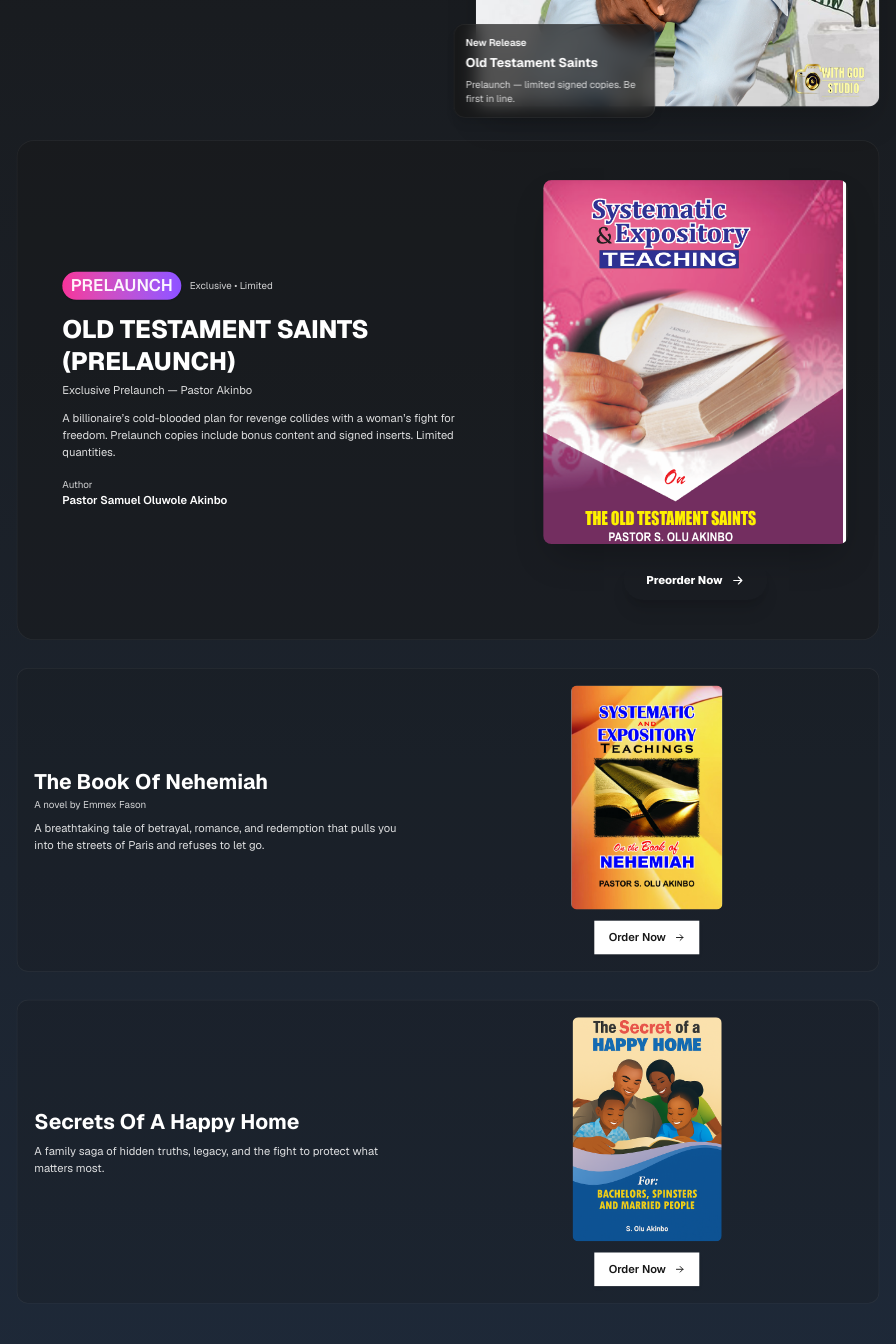
Repository: EmmyDunny1/pastor-oluwole-akinbo
Page: /Books
These files come from the project's save history. The page is drawn as it stood at one moment and after a run of saves; the edit follows.
The browser window is 1280 px wide. The pictures show the part of the page from y = 805 to 2725 px (the page is 2900 px tall before and 2942 px after), at 70% of full size.
The project was rebuilt for these pictures with package versions that can differ from the ones it lists, and the page was loaded fresh each time. The framework's server and built-in components were replaced by stand-ins that run in the browser. Also part of the build but not shown: next.config.ts, components/BooksCarousel.Module.css.

Above is the page before, as saved 2025-08-13 11:52:37.

### app/layout.tsx
import type { Metadata } from "next";
import { Geist, Geist_Mono } from "next/font/google";
import "./globals.css";
import Header from "../components/Header";
import Footer from "../components/Footer";


const geistSans = Geist({
  variable: "--font-geist-sans",
  subsets: ["latin"],
});

const geistMono = Geist_Mono({
  variable: "--font-geist-mono",
  subsets: ["latin"],
});

export const metadata: Metadata = {
  title: "Pastor Oluwole Akinbo",
  description: "It's a website for Pastor Oluwole Akinbo ",
};

export default function RootLayout({
  children,
}: Readonly<{
  children: React.ReactNode;
}>) {
  return (
    <html lang="en">
      <body
        className={`${geistSans.variable} ${geistMono.variable} antialiased`}
      >
        <Header />
        {children}

        <Footer />
      </body>
    </html>
  );
}

### app/Books/page.tsx
import React from 'react'
import BooksCarousel from '@/components/BooksCarousel'


export default function BooksPage() {
  return (
    <div>
      <BooksCarousel />

    </div>
  )
}

### app/globals.css
@import "tailwindcss";

:root {
  --background: #ffffff;
  --foreground: #171717;
}

@theme inline {
  --color-background: var(--background);
  --color-foreground: var(--foreground);
  --font-sans: var(--font-geist-sans);
  --font-mono: var(--font-geist-mono);
}

@media (prefers-color-scheme: dark) {
  :root {
    --background: #0a0a0a;
    --foreground: #ededed;
  }
}

body {
  background: var(--background);
  color: var(--foreground);
  font-family: Arial, Helvetica, sans-serif;
}

body {
  @apply bg-white text-[#171717] dark:bg-gray-900 dark:text-white font-sans;
}

### components/Header.tsx
"use client";

import Link from "next/link";
import { usePathname } from "next/navigation";
import { useState, useEffect } from "react";
import { BiMenuAltRight, BiX, BiSun, BiMoon } from "react-icons/bi";
import { motion, AnimatePresence } from "framer-motion";

const navLinks = [
  { href: "/", label: "Home" },
  { href: "/Biography", label: "Biography" },
  { href: "/SubmitTestimony", label: "Submit Testimony" },
  { href: "/Books", label: "Books" },
  { href: "/Gift", label: "Gift" },
];

export default function Header() {
  const pathname = usePathname();
  const [isOpen, setIsOpen] = useState(false);
  const [isDarkMode, setIsDarkMode] = useState(false);

  useEffect(() => {
    if (typeof window !== "undefined") {
      const darkPref = localStorage.getItem("theme") === "dark";
      setIsDarkMode(darkPref);
      document.documentElement.classList.toggle("dark", darkPref);
    }
  }, []);

  const toggleMenu = () => setIsOpen(!isOpen);

  const toggleDarkMode = () => {
    const newMode = !isDarkMode;
    setIsDarkMode(newMode);
    localStorage.setItem("theme", newMode ? "dark" : "light");
    document.documentElement.classList.toggle("dark", newMode);
  };

  return (
    <header className="bg-white dark:bg-gray-800 text-[#171717] dark:text-white shadow-md sticky top-0 z-50 transition-all duration-300">
      <div className="max-w-7xl mx-auto flex items-center justify-between px-4 py-4">
        <Link href="/">
          <h1 className="text-2xl font-bold">Dad&apos;s Retirement</h1>
        </Link>

        {/* Desktop Nav */}
        <nav className="hidden md:flex gap-6 text-md  items-center font-medium">
          {navLinks.map(({ href, label }) => (
            <Link
              key={href}
              href={href}
              className={`${
                pathname === href
                  ? "text-gray-600 border-b-2 decoration-0  border-gray-600"
                  : "hover:text-white transition"
              } ${
                label === "Gift"
                  ? "bg-gray-100 text-gray-950 px-4 py-2 rounded-md hover:bg-gray-500  transition"
                  : ""
              }`}
            >
              {label}
            </Link>
          ))}
          <button
            onClick={toggleDarkMode}
            className="ml-4 text-xl hover:text-blue-600 transition"
            aria-label="Toggle dark mode"
          >
            {isDarkMode ? <BiSun /> : <BiMoon />}
          </button>
        </nav>

        {/* Mobile Toggle */}
        <div className="md:hidden flex items-center gap-4">
          <button
            onClick={toggleDarkMode}
            className="text-2xl hover:text-blue-600 transition"
            aria-label="Toggle dark mode"
          >
            {isDarkMode ? <BiSun /> : <BiMoon />}
          </button>
          <div className="text-3xl cursor-pointer" onClick={toggleMenu}>
            {isOpen ? <BiX /> : <BiMenuAltRight />}
          </div>
        </div>
      </div>

      {/* Mobile Nav */}
      <AnimatePresence>
        {isOpen && (
          <motion.nav
            initial={{ opacity: 0, y: -20 }}
            animate={{ opacity: 1, y: 0 }}
            exit={{ opacity: 0, y: -20 }}
            transition={{ duration: 0.3 }}
            className="md:hidden bg-white min-h-screen dark:bg-gray-800 border-t border-gray-200 dark:border-gray-700 px-4 py-4 space-y-4 text-base font-medium text-left"
          >
            {navLinks.map(({ href, label }) => (
              <Link
                key={href}
                href={href}
                onClick={() => setIsOpen(false)}
                className={`block w-full ${
                  pathname === href
                    ? " text-gray-400 font-semibold"
                    : "hover:text-gray-400 transition"
                } ${
                  label === "Gift"
                    ? "bg-gray-800 text-gray-100 px-4 py-2 rounded-md hover:bg-gray-100  border-1 border-white transition"
                    : ""
                }`}
              >
                {label}
              </Link>
            ))}
          </motion.nav>
        )}
      </AnimatePresence>
    </header>
  );
}

### components/Footer.tsx
import React from 'react'


export default function Footer() {
  return (
    <footer className="bg-gray-800 text-white text-center p-4 mt-8">
      <p>&copy; {new Date().getFullYear()} A Tribute to Dad. All rights reserved.</p>
    </footer>
  )
}

### components/BooksCarousel.tsx
"use client";

import React from "react";
import { useEffect, useRef, useState } from "react";
import Image from "next/image";
import styles from "./BooksCarousel.module.css";

type Book = {
  id: number;
  title: string;
  subtitle?: string;
  description: string;
  cover: string;
  link: string;
  prelaunch?: boolean;
};

const BOOKS: Book[] = [
  {
    id: 1,
    title: "The Book Of Nehemiah",
    subtitle: "A novel by Emmex Fason",
    description:
      "A breathtaking tale of betrayal, romance, and redemption that pulls you into the streets of Paris and refuses to let go.",
    cover: "/books/Book_Of_Neh.png",
    link: "https://selar.co/m/samuel-oluwole1458878?currency=NGN",
  },
  {
    id: 2,
    title: "Secrets Of A Happy Home",
    subtitle: "",
    description:
      "A family saga of hidden truths, legacy, and the fight to protect what matters most.",
    cover: "/books/Secrets_Of__HM.png",
    link: "/PreOrderPayment",
  },
  {
    id: 99,
    title: "OLD TESTAMENT SAINTS (PRELAUNCH)",
    subtitle: "Exclusive Prelaunch — Pastor Akinbo ",
    description:
      "A billionaire’s cold-blooded plan for revenge collides with a woman’s fight for freedom. Prelaunch copies include bonus content and signed inserts. Limited quantities.",
    cover: "/books/Old_Test_Saints.png",
    link: "/PreOrderPayment",
    prelaunch: true,
  },
];

function FallbackImage({
  src,
  alt,
  className,
  width,
  height,
}: {
  src: string;
  alt: string;
  className?: string;
  width?: number;
  height?: number;
}) {
  const placeholder = "/placeholder.jpg";
  const [imgSrc, setImgSrc] = useState(src);
  return (
    <Image
      src={imgSrc}
      alt={alt}
      width={width ?? 600}
      height={height ?? 900}
      className={className}
      onError={() => setImgSrc(placeholder)}
    />
  );
}

export default function BooksPage(): React.ReactNode {
  const carouselRef = useRef<HTMLDivElement>(null);

  useEffect(() => {
    const el = carouselRef.current;
    if (!el) return;

    let scrollAmount = 0;
    const step = 1;
    const max = el.scrollWidth - el.clientWidth;
    const interval = window.setInterval(() => {
      if (!carouselRef.current) return;
      scrollAmount += step;
      if (scrollAmount >= max) {
        carouselRef.current.scrollTo({ left: 0, behavior: "smooth" });
        scrollAmount = 0;
      } else {
        carouselRef.current.scrollLeft = scrollAmount;
      }
    }, 20);

    return () => clearInterval(interval);
  }, []);

  const prelaunch = BOOKS.find((b) => b.prelaunch);
  const nonPre = BOOKS.filter((b) => !b.prelaunch);

  return (
    <main className="min-h-screen bg-gradient-to-b from-[#171717] to-gray-800 text-white">
      <div className="max-w-7xl mx-auto px-6 py-20">
        <section className="grid grid-cols-1 lg:grid-cols-2 gap-8 items-center mb-12">
          <div className="lg:mb-[20rem] relative z-10">
            <h1 className="text-4xl md:text-5xl font-extrabold leading-tight mb-4">
              My Books
            </h1>
            <p className="text-lg text-white/90 max-w-xl">
              Welcome — a curated collection of stories that explore love, power,
              and sacrifice. Scroll down to see the catalog and secure the
              exclusive prelaunch edition.
            </p>
            <div className="mt-6 flex items-center gap-4">
              <div className="w-14 h-14 rounded-full overflow-hidden ring-2 ring-white/10 shadow">
                <FallbackImage
                  src="/others/Hero.jpg"
                  alt="Author - Pastor Akinbo"
                  width={56}
                  height={56}
                  className="object-cover"
                />
              </div>
              <div>
                <div className="font-semibold">Pastor Akinbo</div>
                <div className="text-sm text-white/80">Author</div>
              </div>
            </div>
          </div>
          <div className="flex justify-end">
            <div className="relative w-full max-w-md lg:max-w-xl transform transition-all duration-500 hover:-translate-y-3">
              <div className="rounded-2xl overflow-hidden shadow-2xl ring-1 ring-white/5">
                <FallbackImage
                  src="/others/BooksImage.jpg"
                  alt="Pst Akinbo"
                  width={640}
                  height={640}
                  className="object-cover w-full h-full"
                />
              </div>
              <div className="absolute -left-8 -bottom-10 hidden lg:block">
                <div className="bg-[#171717]/70 backdrop-blur-md border border-white/6 rounded-2xl p-4 w-72 shadow-lg -translate-y-6">
                  <div className="text-sm text-pink/90 font-semibold">New Release</div>
                  <div className="mt-1 text-lg font-bold">Old Testament Saints</div>
                  <div className="mt-2 text-sm text-white/80">
                    Prelaunch — limited signed copies. Be first in line.
                  </div>
                </div>
              </div>
            </div>
          </div>
        </section>
        {prelaunch && (
          <section className="mb-10">
            <article
              className="relative overflow-visible flex flex-col lg:flex-row items-stretch gap-6 p-8 rounded-3xl border border-white/6 bg-[#171717]/40 hover:translate-y-[-6px] transition-transform duration-500"
              aria-labelledby={`pre-${prelaunch.id}`}
            >
              <div
                className="absolute inset-0 rounded-3xl pointer-events-none -z-10"
                aria-hidden
                style={{
                  background:
                    "linear-gradient(90deg, rgba(255,90,255,0.06), rgba(120,60,255,0.04), rgba(255,106,0,0.04))",
                }}
              />
              <div className="w-full lg:w-2/3 z-10 px-3 lg:px-8 py-4 flex flex-col justify-center">
                <div className="inline-flex items-center gap-3 mb-3">
                  <span className="px-3 py-1 rounded-full text-2xl font-semibold text-white/95 bg-gradient-to-r from-pink-500 to-violet-500 shadow-sm">
                    PRELAUNCH
                  </span>
                  <span className="text-sm text-white/80">Exclusive • Limited</span>
                </div>
                <h2 id={`pre-${prelaunch.id}`} className="mt-2 text-3xl lg:text-4xl font-extrabold leading-tight">
                  {prelaunch.title}
                </h2>
                {prelaunch.subtitle && (
                  <div className="mt-2 text-md text-white/85">{prelaunch.subtitle}</div>
                )}
                <p className="mt-4 text-white/85 max-w-xl">
                  {prelaunch.description}
                </p>
                <div className="mt-6">
                  <div className="text-sm text-white/80">Author</div>
                  <div className="font-semibold">Pastor Samuel Oluwole Akinbo</div>
                </div>
              </div>
              <div className="w-full lg:w-[45%] z-10 flex flex-col items-center justify-center px-3 py-6">
                <div className="w-full overflow-visible">
                  <div className="relative w-full rounded-xl transform transition duration-700 hover:scale-[1.04] hover:rotate-[-2deg] hover:translate-y-[-6px]">
                    <FallbackImage
                      src={prelaunch.cover}
                      alt={prelaunch.title}
                      width={520}
                      height={760}
                      className="object-cover w-full h-[520px] rounded-xl shadow-2xl"
                    />
                    <div className={`${styles.neonHalo} absolute -inset-2 rounded-xl -z-10`} />
                  </div>
                </div>
                <a
                  href={prelaunch.link}
                  className={`${styles.preorderNeon} mt-6 relative inline-flex items-center gap-3 px-8 py-4 rounded-full font-extrabold text-white shadow-xl transition-all duration-300`}
                >
                  <span className="relative z-10">Preorder Now</span>
                  <svg className="w-5 h-5 relative z-10" viewBox="0 0 24 24" fill="none" aria-hidden>
                    <path d="M5 12h14M13 6l6 6-6 6" stroke="white" strokeWidth="2" strokeLinecap="round" strokeLinejoin="round" />
                  </svg>
                </a>
              </div>
            </article>
          </section>
        )}
        <section className="space-y-10 mb-16">
          {nonPre.map((book) => (
            <article
              key={book.id}
              className="group relative flex flex-col lg:flex-row items-center gap-6 p-6 rounded-2xl border border-white/6 bg-[#171717]/20 hover:-translate-y-2 transition-transform duration-400"
            >
              <div className="w-full lg:w-2/3 text-left z-10">
                <h3 className="text-2xl lg:text-3xl font-bold">{book.title}</h3>
                {book.subtitle && <div className="mt-1 text-sm text-white/80">{book.subtitle}</div>}
                <p className="mt-3 text-white/85 max-w-xl">{book.description}</p>
                <div className="mt-6 text-sm text-white/80">

                </div>
              </div>
              <div className="w-full lg:w-[75%] flex flex-col items-center">
                <div className="overflow-hidden  transform transition duration-500 group-hover:scale-105">
                  <FallbackImage
                    src={book.cover}
                    alt={book.title}
                    width={420}
                    height={600}
                    className="object-cover w-full h-80 rounded-lg"
                  />
                </div>
                <a
                  href={book.link}
                  className="mt-4 inline-flex items-center gap-3 bg-white text-[#171717] font-semibold px-5 py-3 shadow-md hover:shadow-lg transition-all duration-300 group"
                >
                  Order Now
                  <svg className="w-4 h-4 transition-transform duration-300 group-hover:translate-x-2" viewBox="0 0 24 24" fill="none" aria-hidden>
                    <path d="M5 12h14M13 6l6 6-6 6" stroke="#171717" strokeWidth="2" strokeLinecap="round" strokeLinejoin="round" />
                  </svg>
                </a>
              </div>
            </article>
          ))}
        </section>
        {/* <section aria-label="Other books carousel" className="mb-12">
          <h3 className="text-2xl font-bold mb-6">More by the author</h3>
          <div ref={carouselRef} className="relative w-full overflow-hidden">
            <div className="flex gap-6 w-max py-4 px-2">
              {BOOKS.map((b) => (
                <div key={`card-${b.id}`} className="min-w-[260px] flex-shrink-0 bg-[#171717]/60 rounded-2xl p-4 shadow-lg">
                  <div className="rounded-lg overflow-hidden mb-3">
                    <FallbackImage
                      src={b.cover}
                      alt={b.title}
                      width={260}
                      height={360}
                      className="w-full h-40 object-cover"
                    />
                  </div>
                  <div>
                    <div className="font-semibold text-lg">{b.title}</div>
                    <div className="text-sm text-white/80 mt-1">{b.subtitle ?? "By Emmex Fason"}</div>
                    <a
                      href={b.link}
                      className="mt-3 inline-flex items-center gap-2 bg-white text-[#171717] px-3 py-2 rounded-full text-sm font-semibold hover:scale-105 transition-transform"
                    >
                      View
                      <svg className="w-3 h-3" viewBox="0 0 24 24" fill="none" aria-hidden>
                        <path d="M5 12h14M13 6l6 6-6 6" stroke="#171717" strokeWidth="2" strokeLinecap="round" strokeLinejoin="round" />
                      </svg>
                    </a>
                  </div>
                </div>
              ))}
            </div>
            <div className="absolute top-1/2 left-2 -translate-y-1/2">
              <button
                onClick={() => {
                  const el = carouselRef.current;
                  if (!el) return;
                  el.scrollBy({ left: -260, behavior: "smooth" });
                }}
                className="bg-white/8 hover:bg-white/12 p-2 rounded-full"
                aria-label="Scroll left"
              >
                ◀
              </button>
            </div>
            <div className="absolute top-1/2 right-2 -translate-y-1/2">
              <button
                onClick={() => {
                  const el = carouselRef.current;
                  if (!el) return;
                  el.scrollBy({ left: 260, behavior: "smooth" });
                }}
                className="bg-white/8 hover:bg-white/12 p-2 rounded-full"
                aria-label="Scroll right"
              >
                ▶
              </button>
            </div>
          </div>
        </section> */}
      </div>
    </main>
  );
}

After the next 2 saves:
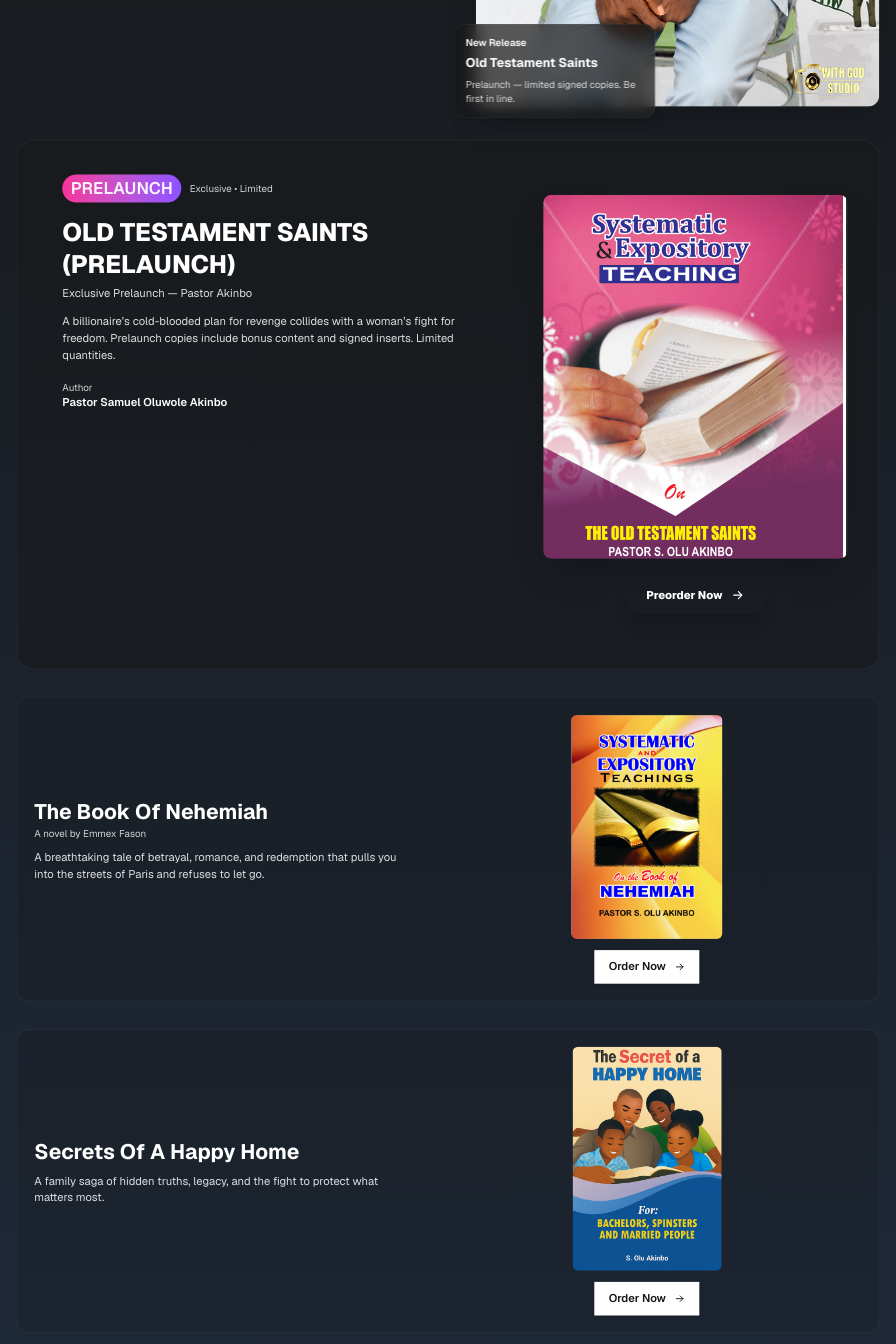
The 2 saves are shown as one change because they came seconds apart.
The last was saved 103 s later.
--- a/components/BooksCarousel.tsx
+++ b/components/BooksCarousel.tsx
@@ -166,7 +166,7 @@ export default function BooksPage(): React.ReactNode {
                     "linear-gradient(90deg, rgba(255,90,255,0.06), rgba(120,60,255,0.04), rgba(255,106,0,0.04))",
                 }}
               />
-              <div className="w-full lg:w-2/3 z-10 px-3 lg:px-8 py-4 flex flex-col justify-center">
+              <div className="w-full lg:mb-[20rem] lg:w-2/3 z-10 px-3 lg:px-8 py-4 flex flex-col justify-center">
                 <div className="inline-flex items-center gap-3 mb-3">
                   <span className="px-3 py-1 rounded-full text-2xl font-semibold text-white/95 bg-gradient-to-r from-pink-500 to-violet-500 shadow-sm">
                     PRELAUNCH
